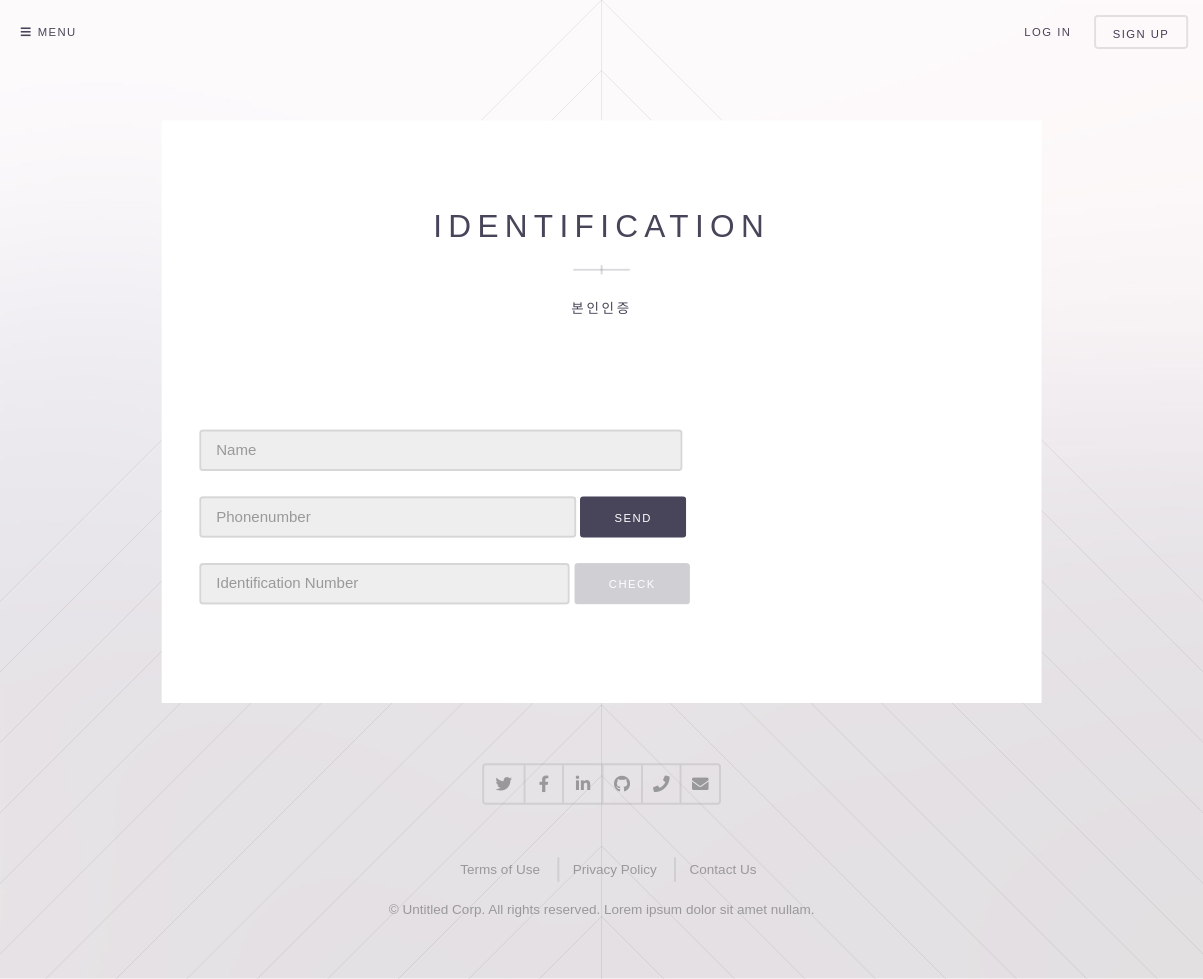
Repository: WKMoon/JavaScript-Project
Page: myFront/WebContent/identification.html
An editor plug-in stored every save of this project. The page is shown before and after the next save, followed by the edit.
The browser window is 1280 px wide. The pictures show the whole page, at 94% of full size.
Some web fonts or font styles are not loaded; a fallback is used.

Above is the page before, as saved 2021-03-02 10:44:44.

### myFront/WebContent/identification.html
<!DOCTYPE html>
<html>
<head>
<meta charset="UTF-8">
<meta name="viewport" content="width=device-width, initial-scale=1, user-scalable=no" />
<link rel="stylesheet" href="assets/css/main.css" />
<title>Identification</title>
</head>
	<body class="is-preload">

		<!-- Header -->
			<header id="header">
				<a href="#menu">Menu</a>
				<a href="login.html">Log In</a>
				<a href="signup.html" class="button">Sign Up</a>
			</header>

		<!-- Nav -->
			<nav id="menu">
				<ul class="links">
					<li><a href="index.html">Home</a></li>
<!-- 					<li><a href="generic.html">Generic</a></li>
					<li><a href="elements.html">Elements</a></li> -->
				</ul>
				<ul class="actions stacked">
					<li><a href="login.html" class="button primary fit">Log In</a></li>
					<li><a href="signup.html" class="button fit">Sign Up</a></li>
				</ul>
			</nav>


		<!-- Main -->
			<section id="main" class="wrapper style1">
				<div class="inner" >

					<!-- Title -->
						<header class="major special">
							<h1>Identification</h1>
							<p>본인인증</p>
						</header>

					<!-- Content -->
						<div class="content">
							<form method="post" action="#">
											<div>
												<div class="col-6 col-12-xsmall" style="width:60%;">
													<input type="text" name="name" id="name" value="" placeholder="Name"/>
												</div>
												<div class="col-6 col-12-xsmall" style="width:65%;">
													<input type="password" name="pn" id="pn" value="" placeholder="Phonenumber" style="width:72%; display:inline"/>
													<input type="button" value="Send" class=	"primary" style="margin:0 0 0 0;"/>
												</div>

												<div class="col-6 col-12-xsmall" style="width:64%;">
													<input type="password" name="pn" id="pn" value="" placeholder="Identification Number" style="width:72%; display:inline"/>
													<input type="button" value="Check" class="primary" disabled style="margin:0 0 0 0;"/>
												</div>

												<!-- Break -->

												<!-- Break -->

											</div>
										</form>
						</div>


				</div>

			</section>

		<!-- Footer -->
			<footer id="footer">
				<ul class="alt-icons">
					<li><a href="#" class="icon brands fa-twitter"><span class="label">Twitter</span></a></li>
					<li><a href="#" class="icon brands fa-facebook-f"><span class="label">Facebook</span></a></li>
					<li><a href="#" class="icon brands fa-linkedin-in"><span class="label">LinkedIn</span></a></li>
					<li><a href="#" class="icon brands fa-github"><span class="label">GitHub</span></a></li>
					<li><a href="#" class="icon solid fa-phone"><span class="label">Phone</span></a></li>
					<li><a href="#" class="icon solid fa-envelope"><span class="label">Email</span></a></li>
				</ul>
				<ul class="menu">
					<li><a href="#">Terms of Use</a></li>
					<li><a href="#">Privacy Policy</a></li>
					<li><a href="#">Contact Us</a></li>
				</ul>
				<p class="copyright">
					&copy; Untitled Corp. All rights reserved. Lorem ipsum dolor sit amet nullam.
				</p>
			</footer>

		<!-- Scripts -->
			<script src="assets/js/jquery.min.js"></script>
			<script src="assets/js/jquery.scrolly.min.js"></script>
			<script src="assets/js/jquery.scrollex.min.js"></script>
			<script src="assets/js/browser.min.js"></script>
			<script src="assets/js/breakpoints.min.js"></script>
			<script src="assets/js/util.js"></script>
			<script src="assets/js/main.js"></script>

	</body>
</html>

Loaded but not shown: myFront/WebContent/assets/js/jquery.min.js (library); myFront/WebContent/assets/js/jquery.scrolly.min.js (common file); myFront/WebContent/assets/js/jquery.scrollex.min.js (common file); myFront/WebContent/assets/js/browser.min.js (common file); myFront/WebContent/assets/js/breakpoints.min.js (common file); myFront/WebContent/assets/css/fontawesome-all.min.css (library); myFront/WebContent/assets/js/util.js (587 lines, source omitted); myFront/WebContent/assets/js/main.js (57 lines, source omitted); myFront/WebContent/assets/css/main.css (4487 lines, source omitted)

After the next save:
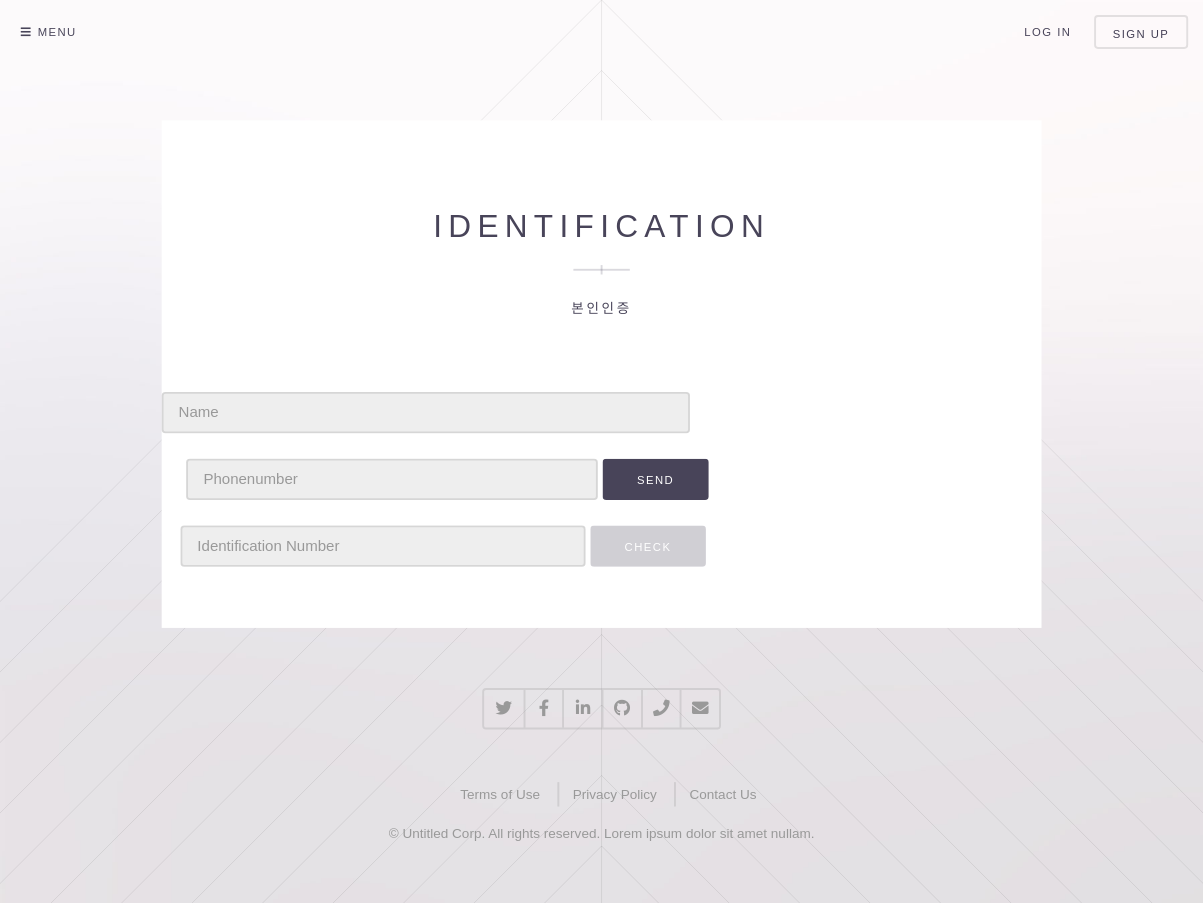
Saved 3 min 16 s later.
--- a/myFront/WebContent/identification.html
+++ b/myFront/WebContent/identification.html
@@ -40,7 +40,7 @@
 						</header>
 
 					<!-- Content -->
-						<div class="content">
+						<div style="margin: auto; text-align: center;">
 							<form method="post" action="#">
 											<div>
 												<div class="col-6 col-12-xsmall" style="width:60%;">

After the 3 saves that followed:
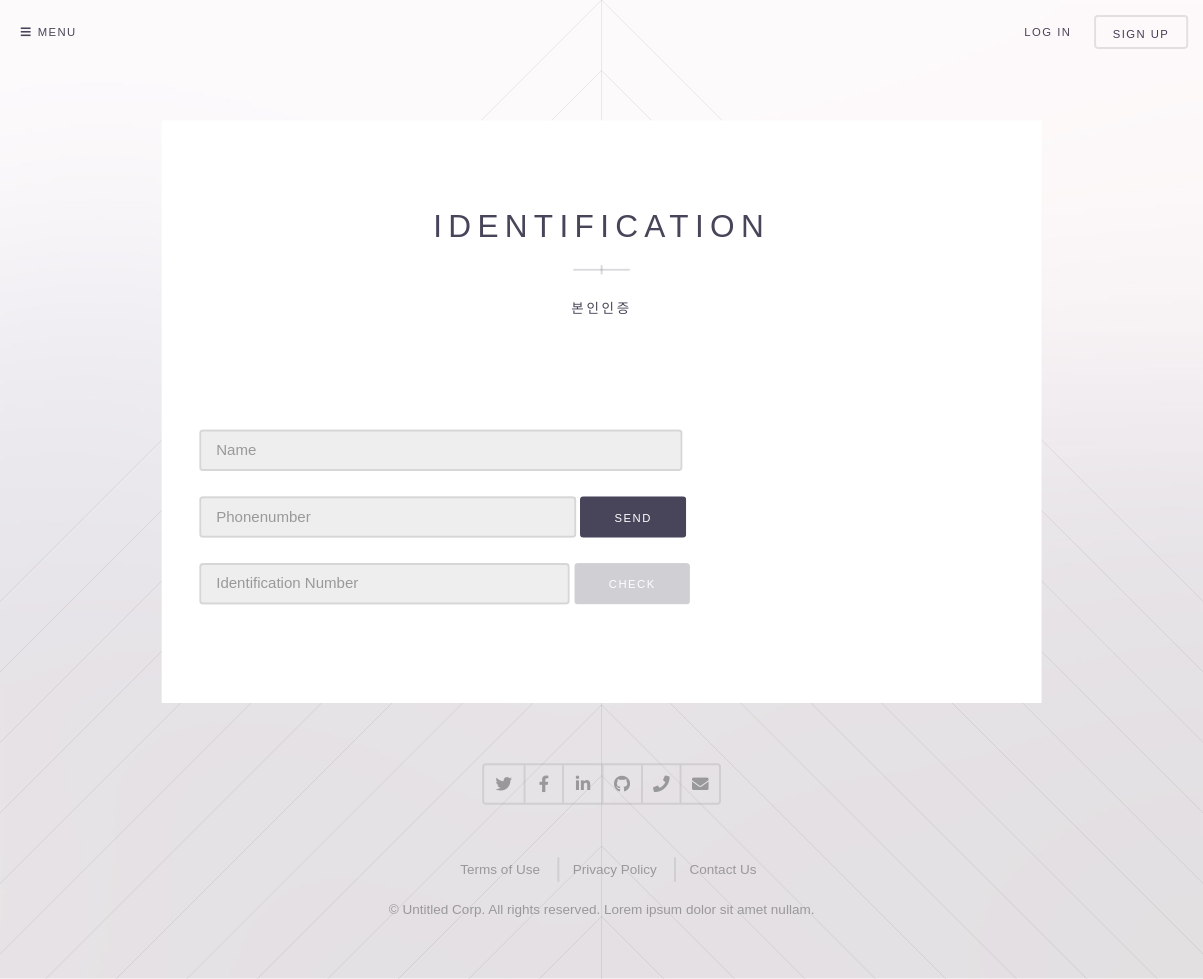
The 3 saves are shown as one change because 2 left the picture as it was.
The last was saved 44 s later.
--- a/myFront/WebContent/identification.html
+++ b/myFront/WebContent/identification.html
@@ -40,7 +40,7 @@
 						</header>
 
 					<!-- Content -->
-						<div style="margin: auto; text-align: center;">
+						<div class="content">
 							<form method="post" action="#">
 											<div>
 												<div class="col-6 col-12-xsmall" style="width:60%;">
